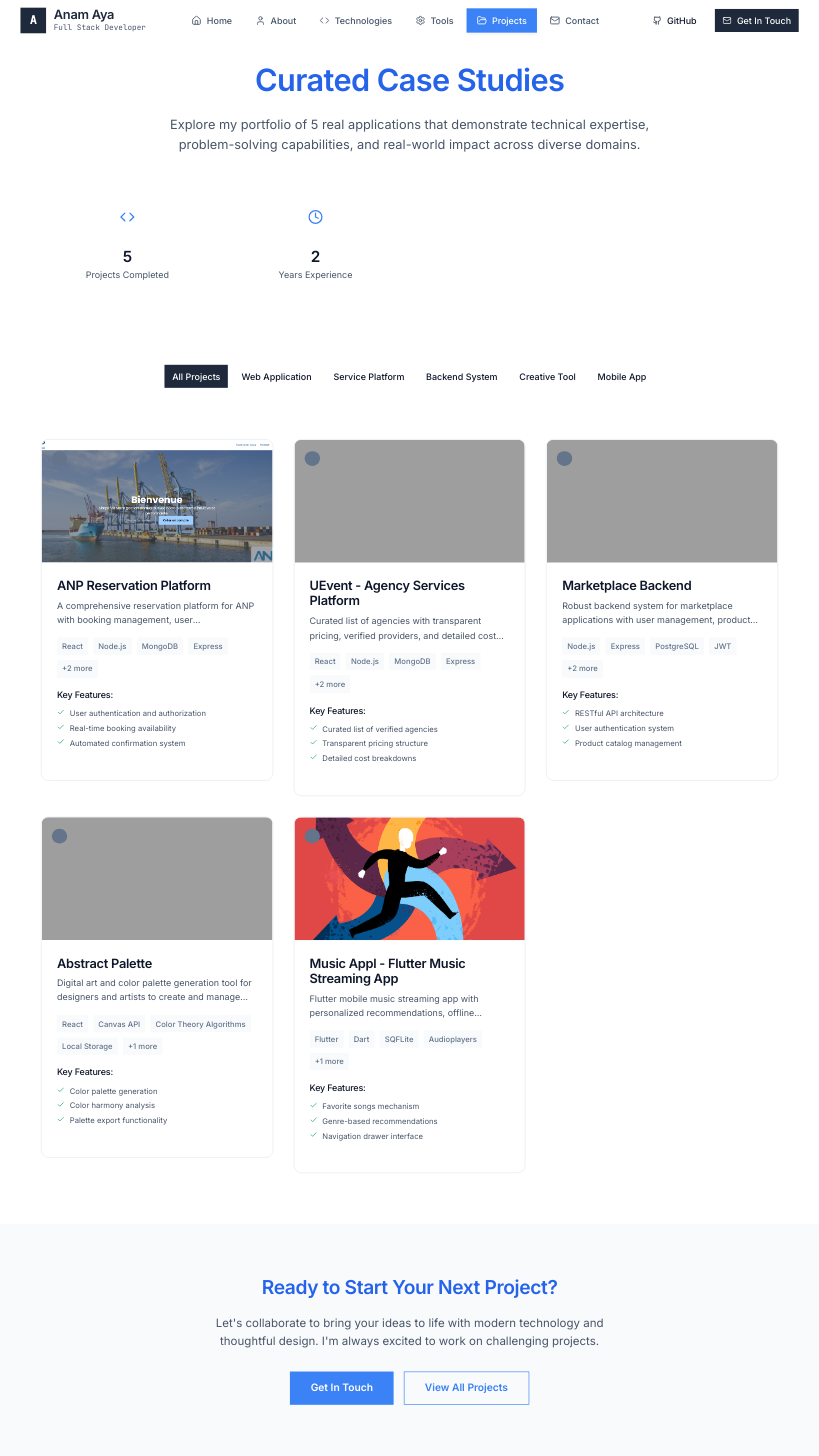
Repository: ayaaas/portflio_aya
Page: /projects-curated-case-studies
An editor plug-in stored every save of this project. The page is shown before and after the next save, followed by the edit.
The browser window is 1280 px wide. The pictures show the whole page, at 64% of full size.
Pictures or frames that could not be fetched are drawn as grey boxes. The project was rebuilt for these pictures with package versions that can differ from the ones it lists, and the page was loaded fresh each time. Also part of the build but not shown: vite.config.mjs, src/components/ErrorBoundary.jsx, src/pages/hero-section-developer-portfolio/components/ProfileImage.jsx, src/pages/hero-section-developer-portfolio/components/AnimatedText.jsx, src/pages/hero-section-developer-portfolio/components/HeroContent.jsx, src/pages/hero-section-developer-portfolio/components/BackgroundPattern.jsx, src/pages/hero-section-developer-portfolio/components/ScrollIndicator.jsx, src/pages/hero-section-developer-portfolio/index.jsx and 24 more.

Above is the page before, as saved 2025-07-19 01:03:01.

### index.html
<!doctype html>
<html lang="en">

<head>
  <meta charset="utf-8" />
  <title>anam-aya-portfolio</title>
  <meta name="viewport" content="width=device-width, initial-scale=1.0" />
  <meta name="theme-color" content="#000000" />
  <meta name="description" content="Web site created using create-react-app" />
  <link rel="icon" href="/favicon.ico" />
  <link rel="manifest" href="/manifest.json" />
<script type="module" src="https://static.rocket.new/rocket-web.js?_cfg=https%3A%2F%2Fanamayap2173back.builtwithrocket.new&_be=https%3A%2F%2Fapplication.rocket.new&_v=0.1.6"></script>
</head>

<body>
  <noscript>You need to enable JavaScript to run this app.</noscript>
  <div class="dhiwise-code" id="root"></div>
  <script type="module" src="/src/index.jsx"></script>
</body>

</html>

### src/Routes.jsx
import React from "react";
import { BrowserRouter, Routes as RouterRoutes, Route } from "react-router-dom";
import ScrollToTop from "components/ScrollToTop";
import ErrorBoundary from "components/ErrorBoundary";
// Add your imports here
import HeroSectionDeveloperPortfolio from "pages/hero-section-developer-portfolio";
import AboutMePersonalNarrative from "pages/about-me-personal-narrative";
import ToolsProfessionalWorkflowDisplay from "pages/tools-professional-workflow-display";
import ContactCommunicationPortal from "pages/contact-communication-portal";
import TechnologiesInteractiveStackShowcase from "pages/technologies-interactive-stack-showcase";
import ProjectsCuratedCaseStudies from "pages/projects-curated-case-studies";
import NotFound from "pages/NotFound";

const Routes = () => {
  return (
    <BrowserRouter>
      <ErrorBoundary>
      <ScrollToTop />
      <RouterRoutes>
        {/* Define your routes here */}
        <Route path="/" element={<HeroSectionDeveloperPortfolio />} />
        <Route path="/hero-section-developer-portfolio" element={<HeroSectionDeveloperPortfolio />} />
        <Route path="/about-me-personal-narrative" element={<AboutMePersonalNarrative />} />
        <Route path="/tools-professional-workflow-display" element={<ToolsProfessionalWorkflowDisplay />} />
        <Route path="/contact-communication-portal" element={<ContactCommunicationPortal />} />
        <Route path="/technologies-interactive-stack-showcase" element={<TechnologiesInteractiveStackShowcase />} />
        <Route path="/projects-curated-case-studies" element={<ProjectsCuratedCaseStudies />} />
        <Route path="*" element={<NotFound />} />
      </RouterRoutes>
      </ErrorBoundary>
    </BrowserRouter>
  );
};

export default Routes;

### src/pages/projects-curated-case-studies/index.jsx
import React, { useState, useEffect } from 'react';
import { motion } from 'framer-motion';
import Header from '../../components/ui/Header';
import ProjectCard from './components/ProjectCard';
import ProjectModal from './components/ProjectModal';
import ProjectFilter from './components/ProjectFilter';
import ProjectStats from './components/ProjectStats';

const ProjectsCuratedCaseStudies = () => {
  const [selectedProject, setSelectedProject] = useState(null);
  const [isModalOpen, setIsModalOpen] = useState(false);
  const [activeCategory, setActiveCategory] = useState('All');
  const [filteredProjects, setFilteredProjects] = useState([]);
  const [currentProjectIndex, setCurrentProjectIndex] = useState(0);

  // Real project data - only 6 projects as per user's actual work
  const projects = [
    {
      id: 1,
      title: "ANP Reservation Platform",
      category: "Web Application",
      description: "A comprehensive reservation platform for ANP with booking management, user authentication, and real-time availability tracking.",
      detailedDescription: "ANP Reservation Platform is a full-stack web application designed to streamline the booking process for ANP services. Features include user authentication, real-time availability checking, booking management, and automated confirmation systems.",
      image: "public/assets/images/Capture d’écran 2025-07-02 150610.png",
      additionalImages: [
        " "
      ],
      technologies: ["React", "Node.js", "MongoDB", "Express", "JWT", "Tailwind CSS"],
      keyFeatures: [
        "User authentication and authorization",
        "Real-time booking availability",
        "Automated confirmation system",
        "Booking management dashboard",
        "Responsive design",

      ],


    },
    {
      id: 2,
      title: "UEvent - Agency Services Platform",
      category: "Service Platform",
      description: "Curated list of agencies with transparent pricing, verified providers, and detailed cost breakdowns to avoid hidden fees.",
      detailedDescription: "UEvent is a B2C service platform connecting clients with verified agencies. Features transparent pricing with detailed cost breakdowns, verified provider listings, and a dedicated platform for agencies to showcase their work and attract potential clients.",
      image: "https://images.unsplash.com/photo-1611224923853-80b023f02d71?w=800&h=600&fit=crop",
      additionalImages: [
        "https://images.unsplash.com/photo-1552664730-d307ca884978?w=400&h=300&fit=crop",
        "https://images.unsplash.com/photo-1460925895917-afdab827c52f?w=400&h=300&fit=crop"
      ],
      technologies: ["React", "Node.js", "MongoDB", "Express", "Stripe", "Tailwind CSS"],
      keyFeatures: [
        "Curated list of verified agencies",
        "Transparent pricing structure",
        "Detailed cost breakdowns",
        "Agency portfolio showcase",
        "Client review system",
        "Secure payment processing",
        "Enhanced client acquisition tools",
        "Reputation management system"
      ],


    },
    {
      id: 3,
      title: "Marketplace Backend",
      category: "Backend System",
      description: "Robust backend system for marketplace applications with user management, product catalog, and order processing capabilities.",
      detailedDescription: "A comprehensive backend system designed for marketplace applications. Features include user authentication, product management, order processing, payment integration, and real-time notifications.",
      image: "https://images.unsplash.com/photo-1611162617474-5b21e879e113?w=800&h=600&fit=crop",
      additionalImages: [
      ],
      technologies: ["Node.js", "Express", "PostgreSQL", "JWT", "Stripe API", "Socket.io"],
      keyFeatures: [
        "RESTful API architecture",
        "User authentication system",
        "Product catalog management",
        "Order processing system",
        "Payment integration",
        "Real-time notifications",
        "Database optimization",
        "Security middleware"
      ],

    },
    {
      id: 4,
      title: "Abstract Palette",
      category: "Creative Tool",
      description: "Digital art and color palette generation tool for designers and artists to create and manage color schemes.",
      detailedDescription: "Abstract Palette is a creative tool designed for digital artists and designers. It provides advanced color palette generation, color harmony analysis, and palette management features.",
      image: "https://images.unsplash.com/photo-1554224155-6726b3ff858f?w=800&h=600&fit=crop",
      additionalImages: [
        "https://images.unsplash.com/photo-1579621970563-ebec7560ff3e?w=400&h=300&fit=crop",
        "https://images.unsplash.com/photo-1551288049-bebda4e38f71?w=400&h=300&fit=crop"
      ],
      technologies: ["React", "Canvas API", "Color Theory Algorithms", "Local Storage", "CSS3"],
      keyFeatures: [
        "Color palette generation",
        "Color harmony analysis",
        "Palette export functionality",
        "Color accessibility checker",
        "Gradient generator",
        "Color picker tools",
        "Save and organize palettes",
        "Mobile-responsive design"
      ],

    },

    {
      id: 6,
      title: "Music Appl - Flutter Music Streaming App",
      category: "Mobile App",
      description: "Flutter mobile music streaming app with personalized recommendations, offline storage, and seamless audio playback.",
      detailedDescription: "Music Appl is a Flutter mobile music streaming app designed for personalized listening experiences. Features include favorite mechanism, recommendation system based on genres, navigation drawer, light/dark themes, SQFLite for offline storage, and audioplayers for seamless playback.",
      image: "",
      additionalImages: [

      ],
      technologies: ["Flutter", "Dart", "SQFLite", "Audioplayers", "Material Design"],
      keyFeatures: [
        "Favorite songs mechanism",
        "Genre-based recommendations",
        "Navigation drawer interface",
        "Light and dark themes",
        "Offline music storage with SQFLite",
        "Seamless audio playback",
        "Play, pause, stop controls",
        "Background audio playback",
        "Multiple audio format support",
        "Playlist creation (in development)",
        "User login system (planned)",
        "Social sharing (planned)"
      ],

    }
  ];

  // Project statistics - updated to reflect actual 6 projects
  const projectStats = [
    { icon: "Code", value: "5", label: "Projects Completed" },
    { icon: "Clock", value: "2", label: "Years Experience" }


  ];

  // Get unique categories
  const categories = [...new Set(projects.map(project => project.category))];

  // Filter projects based on active category
  useEffect(() => {
    if (activeCategory === 'All') {
      setFilteredProjects(projects);
    } else {
      setFilteredProjects(projects.filter(project => project.category === activeCategory));
    }
  }, [activeCategory]);

  // Auto-scroll projects every 30 seconds
  useEffect(() => {
    const interval = setInterval(() => {
      setCurrentProjectIndex((prevIndex) => (prevIndex + 1) % projects.length);
    }, 30000);

    return () => clearInterval(interval);
  }, [projects.length]);

  const handleViewDetails = (project) => {
    setSelectedProject(project);
    setIsModalOpen(true);
  };

  const handleCloseModal = () => {
    setIsModalOpen(false);
    setSelectedProject(null);
  };

  const handleCategoryChange = (category) => {
    setActiveCategory(category);
  };

  return (
    <div className="min-h-screen bg-background">
      <Header />

      {/* Hero Section */}
      <section className="pt-24 pb-16 px-6 lg:px-8">
        <div className="max-w-6xl mx-auto text-center">
          <motion.div
            initial={{ opacity: 0, y: 30 }}
            animate={{ opacity: 1, y: 0 }}
            transition={{ duration: 0.8 }}
          >
            <h1 className="text-4xl md:text-5xl font-bold text-blue-600 mb-6">
              Curated Case Studies
            </h1>
            <p className="text-xl text-text-secondary max-w-3xl mx-auto leading-relaxed">
              Explore my portfolio of 5 real applications that demonstrate technical expertise,
              problem-solving capabilities, and real-world impact across diverse domains.
            </p>
          </motion.div>
        </div>
      </section>

      {/* Project Statistics */}
      <section className="pb-16 px-6 lg:px-8">
        <div className="max-w-6xl mx-auto">
          <motion.div
            initial={{ opacity: 0, y: 30 }}
            animate={{ opacity: 1, y: 0 }}
            transition={{ duration: 0.8, delay: 0.2 }}
          >
            <ProjectStats stats={projectStats} />
          </motion.div>
        </div>
      </section>

      {/* Project Filter */}
      <section className="pb-8 px-6 lg:px-8">
        <div className="max-w-6xl mx-auto">
          <motion.div
            initial={{ opacity: 0, y: 30 }}
            animate={{ opacity: 1, y: 0 }}
            transition={{ duration: 0.8, delay: 0.4 }}
          >
            <ProjectFilter
              categories={categories}
              activeCategory={activeCategory}
              onCategoryChange={handleCategoryChange}
            />
          </motion.div>
        </div>
      </section>

      {/* Projects Grid */}
      <section className="pb-20 px-6 lg:px-8">
        <div className="max-w-6xl mx-auto">
          <motion.div
            initial={{ opacity: 0 }}
            animate={{ opacity: 1 }}
            transition={{ duration: 0.8, delay: 0.6 }}
            className="grid grid-cols-1 md:grid-cols-2 lg:grid-cols-3 gap-8"
          >
            {filteredProjects.map((project, index) => (
              <motion.div
                key={project.id}
                initial={{ opacity: 0, y: 30 }}
                animate={{ opacity: 1, y: 0 }}
                transition={{ duration: 0.6, delay: index * 0.1 }}
              >
                <ProjectCard
                  project={project}
                  onViewDetails={handleViewDetails}
                />
              </motion.div>
            ))}
          </motion.div>
        </div>
      </section>

      {/* Call to Action */}
      <section className="py-20 px-6 lg:px-8 bg-muted">
        <div className="max-w-4xl mx-auto text-center">
          <motion.div
            initial={{ opacity: 0, y: 30 }}
            animate={{ opacity: 1, y: 0 }}
            transition={{ duration: 0.8 }}
          >
            <h2 className="text-3xl font-bold text-blue-600 mb-6">
              Ready to Start Your Next Project?
            </h2>
            <p className="text-lg text-text-secondary mb-8 max-w-2xl mx-auto">
              Let's collaborate to bring your ideas to life with modern technology
              and thoughtful design. I'm always excited to work on challenging projects.
            </p>
            <div className="flex flex-col sm:flex-row gap-4 justify-center">
              <button
                onClick={() => window.location.href = '/contact-communication-portal'}
                className="px-8 py-3 bg-accent text-accent-foreground rounded-lg font-semibold hover-lift transition-all-300 flex items-center justify-center space-x-2"
              >
                <span>Get In Touch</span>
              </button>
              <button
                onClick={() => window.open('https://github.com/anamaya', '_blank')}
                className="px-8 py-3 border border-accent text-accent rounded-lg font-semibold hover-lift transition-all-300 flex items-center justify-center space-x-2"
              >
                <span>View All Projects</span>
              </button>
            </div>
          </motion.div>
        </div>
      </section>

      {/* Project Modal */}
      <ProjectModal
        project={selectedProject}
        isOpen={isModalOpen}
        onClose={handleCloseModal}
      />
    </div>
  );
};

export default ProjectsCuratedCaseStudies;

### src/components/ui/Button.jsx
import React from 'react';
import { Slot } from "@radix-ui/react-slot";
import { cva } from "class-variance-authority";
import { cn } from "../../utils/cn";
import Icon from '../AppIcon';

const buttonVariants = cva(
    "inline-flex items-center justify-center whitespace-nowrap rounded-md text-sm font-medium ring-offset-background transition-colors focus-visible:outline-none focus-visible:ring-2 focus-visible:ring-ring focus-visible:ring-offset-2 disabled:pointer-events-none disabled:opacity-50",
    {
        variants: {
            variant: {
                default: "bg-primary text-primary-foreground hover:bg-primary/90",
                destructive: "bg-destructive text-destructive-foreground hover:bg-destructive/90",
                outline: "border border-input hover:bg-accent hover:text-accent-foreground",
                secondary: "bg-secondary text-secondary-foreground hover:bg-secondary/80",
                ghost: "hover:bg-accent hover:text-accent-foreground",
                link: "text-primary underline-offset-4 hover:underline",
                success: "bg-success text-success-foreground hover:bg-success/90",
                warning: "bg-warning text-warning-foreground hover:bg-warning/90",
                danger: "bg-error text-error-foreground hover:bg-error/90",
            },
            size: {
                default: "h-10 px-4 py-2",
                sm: "h-9 rounded-md px-3",
                lg: "h-11 rounded-md px-8",
                icon: "h-10 w-10",
                xs: "h-8 rounded-md px-2 text-xs",
                xl: "h-12 rounded-md px-10 text-base",
            },
        },
        defaultVariants: {
            variant: "default",
            size: "default",
        },
    }
);

const Button = React.forwardRef(({
    className,
    variant,
    size,
    asChild = false,
    children,
    loading = false,
    iconName = null,
    iconPosition = 'left',
    iconSize = null,
    fullWidth = false,
    disabled = false,
    ...props
}, ref) => {
    const Comp = asChild ? Slot : "button";

    // Icon size mapping based on button size
    const iconSizeMap = {
        xs: 12,
        sm: 14,
        default: 16,
        lg: 18,
        xl: 20,
        icon: 16,
    };

    const calculatedIconSize = iconSize || iconSizeMap[size] || 16;

    // Loading spinner
    const LoadingSpinner = () => (
        <svg className="animate-spin -ml-1 mr-2 h-4 w-4" fill="none" viewBox="0 0 24 24">
            <circle className="opacity-25" cx="12" cy="12" r="10" stroke="currentColor" strokeWidth="4" />
            <path className="opacity-75" fill="currentColor" d="M4 12a8 8 0 018-8V0C5.373 0 0 5.373 0 12h4zm2 5.291A7.962 7.962 0 014 12H0c0 3.042 1.135 5.824 3 7.938l3-2.647z" />
        </svg>
    );

    // Icon rendering
    const renderIcon = () => {
        if (!iconName) return null;

        return (
            <Icon
                name={iconName}
                size={calculatedIconSize}
                className={cn(
                    children && iconPosition === 'left' && "mr-2",
                    children && iconPosition === 'right' && "ml-2"
                )}
            />
        );
    };

    return (
        <Comp
            className={cn(
                buttonVariants({ variant, size, className }),
                fullWidth && "w-full"
            )}
            ref={ref}
            disabled={disabled || loading}
            {...props}
        >
            {loading && <LoadingSpinner />}
            {iconName && iconPosition === 'left' && renderIcon()}
            {children}
            {iconName && iconPosition === 'right' && renderIcon()}
        </Comp>
    );
});

Button.displayName = "Button";

export default Button;

### src/pages/projects-curated-case-studies/components/ProjectFilter.jsx
import React from 'react';
import Button from '../../../components/ui/Button';

const ProjectFilter = ({ categories, activeCategory, onCategoryChange }) => {
  return (
    <div className="flex flex-wrap gap-2 justify-center mb-12">
      <Button
        variant={activeCategory === 'All' ? 'default' : 'outline'}
        size="sm"
        onClick={() => onCategoryChange('All')}
        className="transition-all-300"
      >
        All Projects
      </Button>
      {categories.map((category) => (
        <Button
          key={category}
          variant={activeCategory === category ? 'default' : 'outline'}
          size="sm"
          onClick={() => onCategoryChange(category)}
          className="transition-all-300"
        >
          {category}
        </Button>
      ))}
    </div>
  );
};

export default ProjectFilter;

### src/pages/projects-curated-case-studies/components/ProjectStats.jsx
import React from 'react';
import Icon from '../../../components/AppIcon';

const ProjectStats = ({ stats }) => {
  return (
    <div className="grid grid-cols-2 md:grid-cols-4 gap-6 mb-16">
      {stats.map((stat, index) => (
        <div key={index} className="text-center">
          <div className="w-16 h-16 bg-accent/10 rounded-full flex items-center justify-center mx-auto mb-4">
            <Icon name={stat.icon} size={24} className="text-accent" />
          </div>
          <div className="text-2xl font-bold text-text-primary mb-1">{stat.value}</div>
          <div className="text-sm text-text-secondary">{stat.label}</div>
        </div>
      ))}
    </div>
  );
};

export default ProjectStats;

Loaded but not shown: src/index.jsx (common file); src/App.jsx (common file); src/styles/tailwind.css (library); src/styles/index.css (common file); src/components/ScrollToTop.jsx (common file); src/components/AppIcon.jsx (common file); src/components/AppImage.jsx (common file); src/utils/cn.js (common file); tailwind.config.js (148 lines, source omitted); src/components/ui/Header.jsx (183 lines, source omitted); src/pages/projects-curated-case-studies/components/ProjectCard.jsx (118 lines, source omitted)

After the next save:
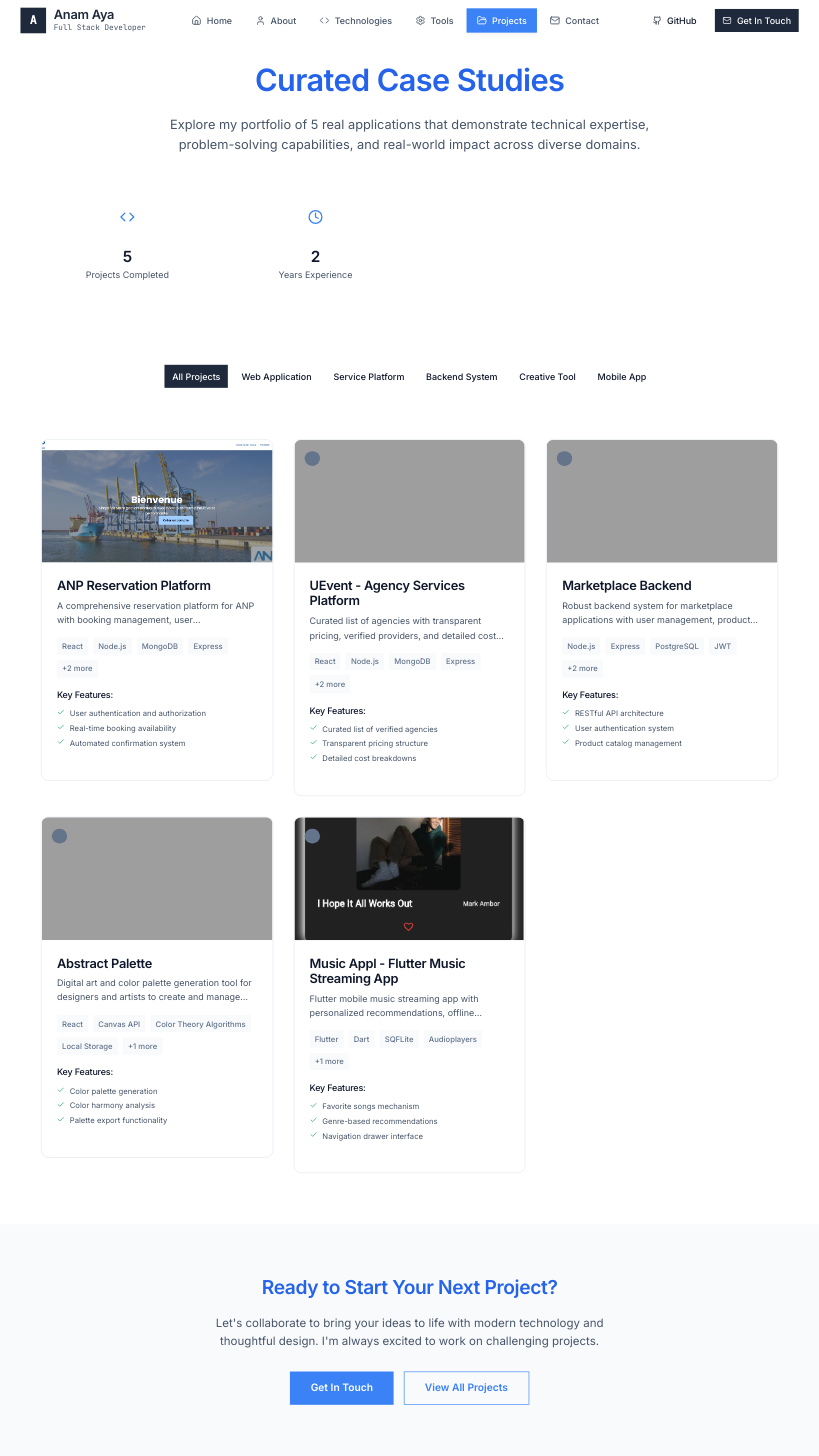
Saved 7 s later.
--- a/src/pages/projects-curated-case-studies/index.jsx
+++ b/src/pages/projects-curated-case-studies/index.jsx
@@ -115,7 +115,7 @@ const ProjectsCuratedCaseStudies = () => {
       category: "Mobile App",
       description: "Flutter mobile music streaming app with personalized recommendations, offline storage, and seamless audio playback.",
       detailedDescription: "Music Appl is a Flutter mobile music streaming app designed for personalized listening experiences. Features include favorite mechanism, recommendation system based on genres, navigation drawer, light/dark themes, SQFLite for offline storage, and audioplayers for seamless playback.",
-      image: "",
+      image: "public/assets/images/Capture d’écran 2025-01-12 221017.png",
       additionalImages: [
 
       ],
